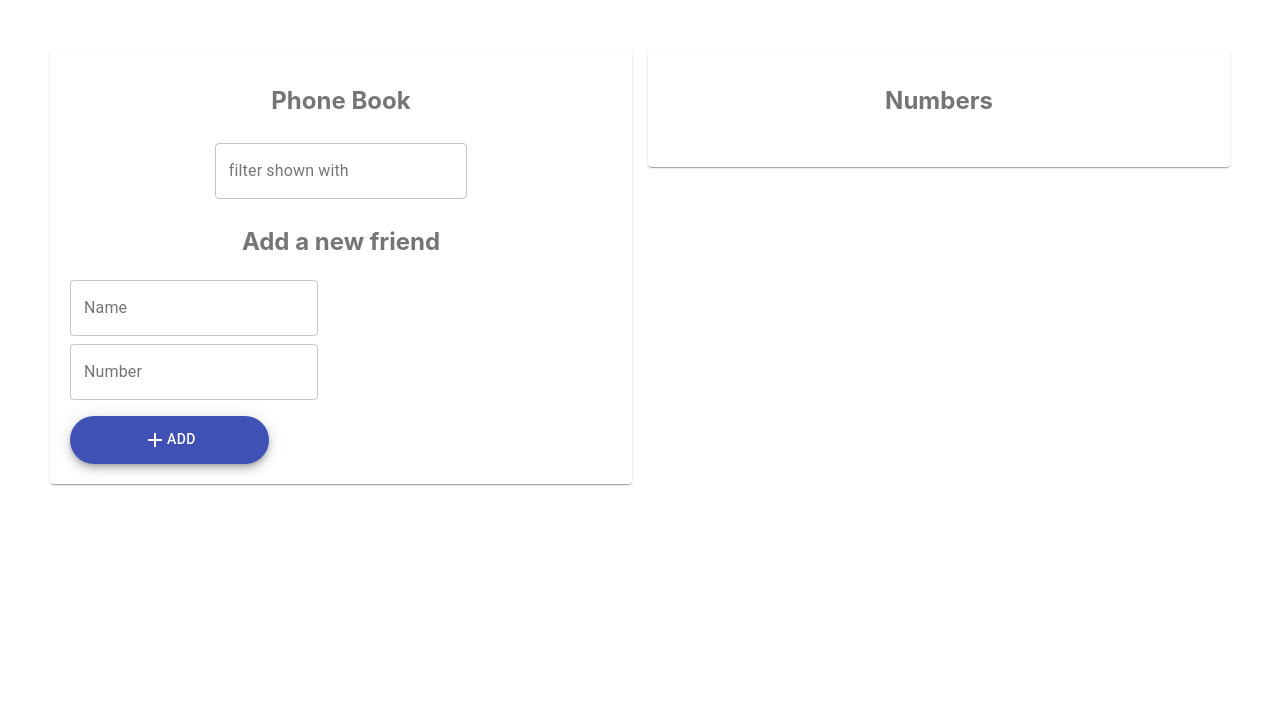
Repository: StacyLafume/phone-book
Page: / (app in phone-book/)
These files come from the project's save history. The page is drawn as it stood at one moment and after the next save; the edit follows.
The browser window is 1280 px wide. The pictures show the whole page.
The page's requests for data from a server got no answer. The project was rebuilt for these pictures with package versions that can differ from the ones it lists, and the page was loaded fresh each time. No one was signed in, and anything a server would have sent is missing. Also part of the build but not shown: phone-book/src/PhoneBook.js.

Above is the page before, as saved 2021-04-01 20:25:48.

After the next save:
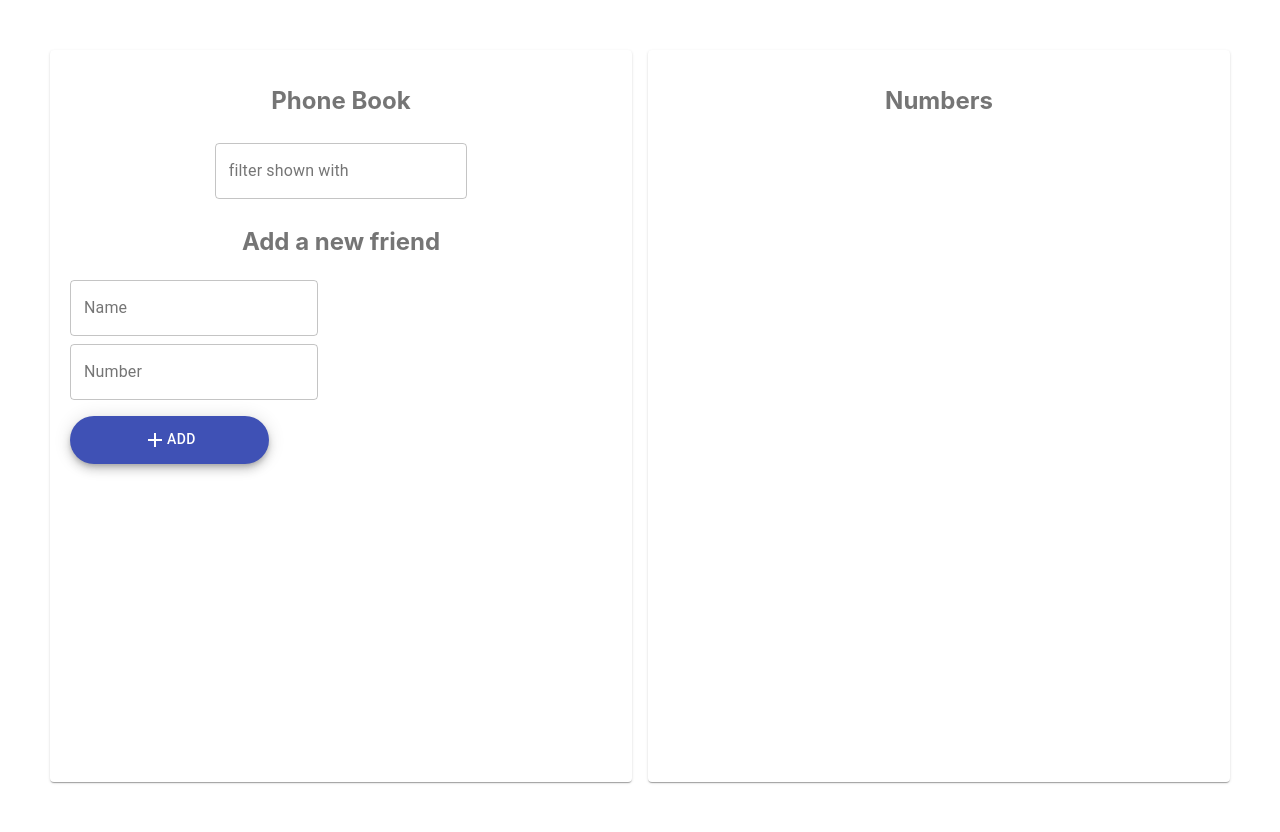
Saved 53 s later.
--- a/phone-book/src/App.js
+++ b/phone-book/src/App.js
@@ -31,7 +31,7 @@ const App = () => {
       justifyItems: 'center',
       color: theme.palette.text.secondary,
       overflow: 'auto',
-      maxHeight: 700,
+      height: 700,
 
     },
   }));
